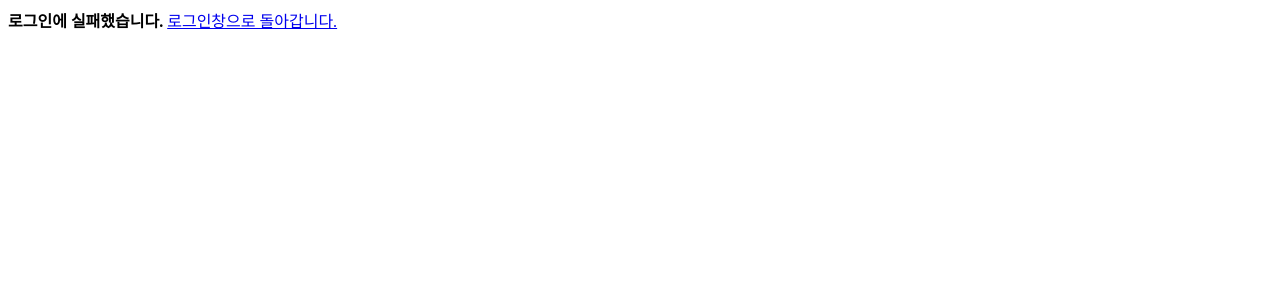
Repository: eun-chongzzz/jsp_practice
Page: http://localhost/JSPBasic/jspObject/1.requests/req_login_result.jsp
An editor plug-in stored every save of this project. The page is shown before and after the next save, followed by the edit.
The browser window is 1280 px wide. The pictures show the whole page.
The page is served by Tomcat 9.

Above is the page before, as saved 2022-02-04 01:35:08.

After the next save:
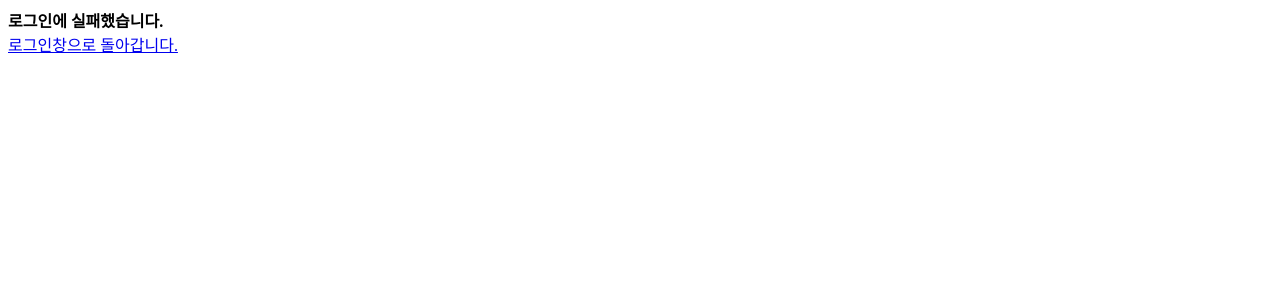
Saved 20 s later.
--- a/JSPBasic/src/main/webapp/jspObject/1.requests/req_login_result.jsp
+++ b/JSPBasic/src/main/webapp/jspObject/1.requests/req_login_result.jsp
@@ -20,7 +20,7 @@
 		<b><%=id1%>님 환영합니다!</b>
 	<%  } else{ %>
 		<b>로그인에 실패했습니다.</b>
-	<% } %>
+	<% } %><br>
 	<a href="req_login_form.jsp">로그인창으로 돌아갑니다.</a>
 </body>
 </html>
